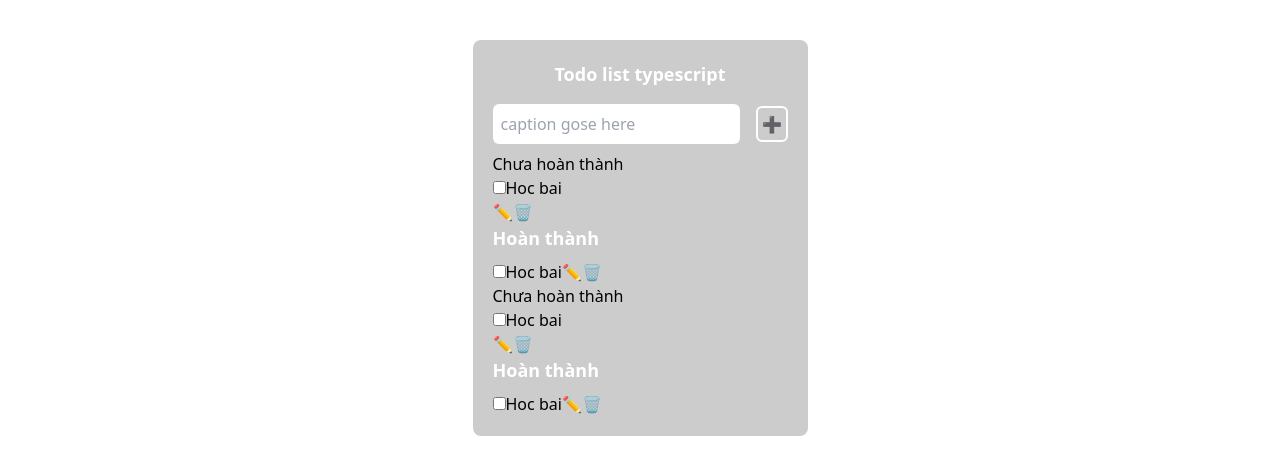
Repository: VIET-TU/react-super-main
Page: / (app in todolist-mybuild/)
An editor plug-in stored every save of this project. The page is shown before and after the next save, followed by the edit.
The browser window is 1280 px wide. The pictures show the whole page.
The project was rebuilt for these pictures with package versions that can differ from the ones it lists, and the page was loaded fresh each time. Also part of the build but not shown: todolist-mybuild/vite.config.ts.

Above is the page before, as saved 2023-05-16 07:03:00.

### todolist-mybuild/src/App.tsx
import TodoList from './components/TodoLists'

function App() {
  return (
    <>
      <TodoList></TodoList>
    </>
  )
}

export default App

### todolist-mybuild/src/index.css
@tailwind base;
@tailwind components;
@tailwind utilities;

css *,
*:before,
*:after {
  box-sizing: border-box;
}
* {
  margin: 0;
  padding: 0;
}

input,
select,
textarea {
  outline: none;
}
button {
  outline: none;
}

### todolist-mybuild/src/components/TodoLists/index.ts
import TodoList from './TodoList'

export default TodoList

### todolist-mybuild/src/components/TodoLists/TodoList.tsx
import { Todo } from '../../@types/todos.types'
import TaskInput from '../TaskInput'
import TaskList from '../TaskList'
import { useEffect, useState } from 'react'

const TodoList = () => {
  const [todos, setTodos] = useState<Todo[]>([])
  const [currentTodo, setCurrentTodo] = useState<Todo | null>(null)
  const doneTodos = todos.filter((todo) => todo.done)
  const notdoneTodos = todos.filter((todo) => !todo.done)

  useEffect(() => {
    const todosString = localStorage.getItem('todos')
    const todosObj: Todo[] = JSON.parse(todosString || '[]')
    setTodos(todosObj)
  }, [])

  const addTodo = (name: string): void => {
    const todo: Todo = {
      name,
      done: false,
      id: new Date().toISOString()
    }
    setTodos((pre) => [...pre, todo])
    const todosString = localStorage.getItem('todos')
    const todosObj: Todo[] = JSON.parse(todosString || '[]')
    const newTodoObj = [...todosObj, todo]
    localStorage.setItem('todos', JSON.stringify(newTodoObj))
  }

  const handleDoneTodo = (id: string, done: boolean) => {
    setTodos((prev) => {
      return prev.map((todo) => {
        if (todo.id === id) {
          return { ...todo, done }
        }
        return todo
      })
    })
  }

  const startEditTodo = (id: string) => {
    const findedTodo = todos.find((todo) => todo.id === id)
    if (findedTodo) {
      setCurrentTodo(findedTodo)
    }
  }

  const editTodo = (name: string) => {
    setCurrentTodo((prev) => {
      if (prev) {
        return { ...prev, name }
      }
      return prev
    })
  }

  const finishEditTodo = () => {
    setTodos((prev) => {
      return prev.map((todo) => {
        if (todo.id === (currentTodo as Todo).id) {
          return currentTodo as Todo
        }
        return todo
      })
    })
    setCurrentTodo(null)
  }

  const deleteTodo = (id: string) => {
    if (currentTodo) {
      setCurrentTodo(null)
    }

    setTodos((prev) => {
      const findedIndexTodo = prev.findIndex((todo) => todo.id === id)
      if (findedIndexTodo > -1) {
        const result = [...prev]
        result.splice(findedIndexTodo, 1) // delete 1 elem in array
        return result
      }
      return prev
    })
  }

  return (
    <div className='p-[20px] rounded-lg bg-[#ccc] max-w-max mx-auto my-10'>
      <TaskInput
        editTodo={editTodo}
        addTodo={addTodo}
        currentTodo={currentTodo}
        finishEditTodo={finishEditTodo}
      ></TaskInput>
      <TaskList
        handleDoneTodo={handleDoneTodo}
        todos={notdoneTodos}
        doneTaskList={false}
        startEditTodo={startEditTodo}
        deleteTodo={deleteTodo}
      />
      <TaskList
        handleDoneTodo={handleDoneTodo}
        todos={doneTodos}
        doneTaskList={true}
        startEditTodo={startEditTodo}
        deleteTodo={deleteTodo}
      />
    </div>
  )
}

export default TodoList

### todolist-mybuild/src/components/TaskInput/index.ts
import TaskInput from './TaskInput'

export default TaskInput

### todolist-mybuild/src/components/TaskInput/TaskInput.tsx
import React from 'react'

const TaskInput = () => {
  return (
    <div className='mb-2'>
      <h1 className='mb-4 text-lg font-bold text-white text-[20px] text-center'>Todo list typescript</h1>
      <form placeholder='enter your text'>
        <input className='p-2 mr-4 rounded-md outline-0' type='text' placeholder='caption gose here' />
        <button type='submit' className='p-1 border-2 border-white rounded-md'>
          ➕
        </button>
      </form>
    </div>
  )
}

export default TaskInput

### todolist-mybuild/src/components/TaskList/TaskList.tsx
import React from 'react'

const TaskList = () => {
  return (
    <div>
      <div className='unfinish'>
        <h2>Chưa hoàn thành</h2>
        <div className='tasks '>
          <div className='task'>
            <input type='checkbox' name='' id=' ' />
            <span>Hoc bai</span>
            <div className=''>
              <button>✏️</button>
              <button>🗑️</button>
            </div>
          </div>
        </div>
      </div>
      <div className='finish'>
        <h2 className='mb-2 text-lg font-bold text-white text-[20px]'>Hoàn thành</h2>
        <div className='tasks '>
          <div className='flex task'>
            <div>
              <input type='checkbox' name='' id=' ' />
              <span>Hoc bai</span>
            </div>
            <div className=''>
              <button>✏️</button>
              <button>🗑️</button>
            </div>
          </div>
        </div>
      </div>
    </div>
  )
}

export default TaskList

Loaded but not shown: todolist-mybuild/index.html (common file); todolist-mybuild/src/main.tsx (common file); todolist-mybuild/src/components/TaskList/index.ts (common file); todolist-mybuild/tailwind.config.js (common file)

After the next save:
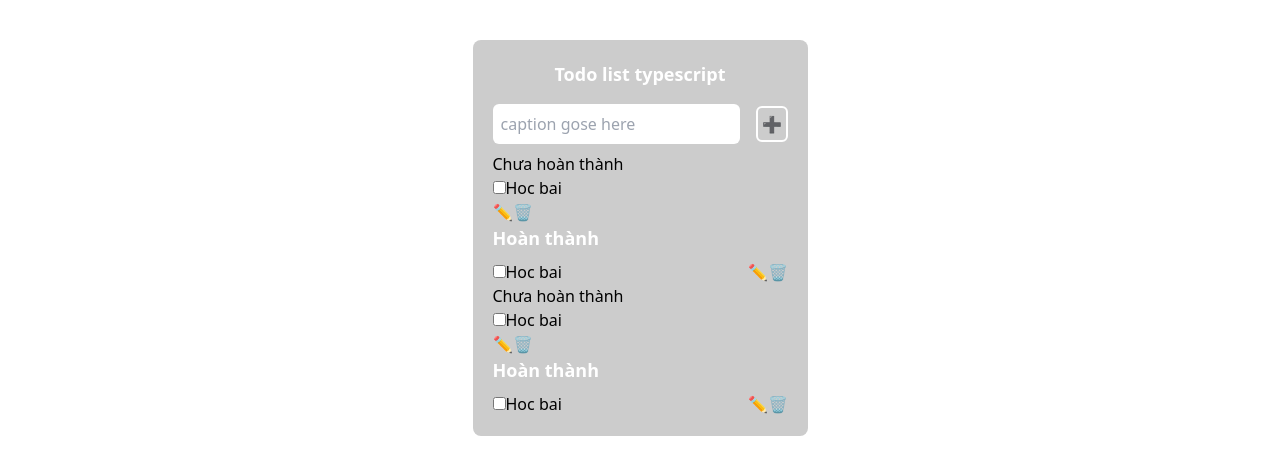
Saved 106 s later.
--- a/todolist-mybuild/src/components/TaskList/TaskList.tsx
+++ b/todolist-mybuild/src/components/TaskList/TaskList.tsx
@@ -19,7 +19,7 @@ const TaskList = () => {
       <div className='finish'>
         <h2 className='mb-2 text-lg font-bold text-white text-[20px]'>Hoàn thành</h2>
         <div className='tasks '>
-          <div className='flex task'>
+          <div className='flex justify-between task'>
             <div>
               <input type='checkbox' name='' id=' ' />
               <span>Hoc bai</span>
